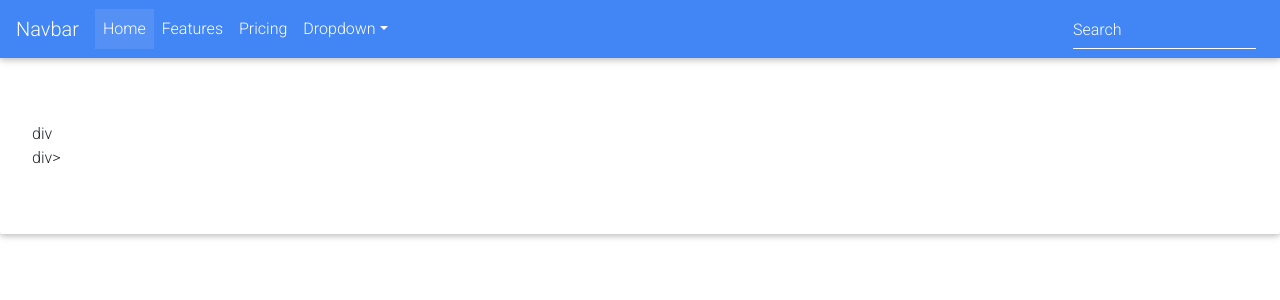
Repository: nicolasolo/bitesizecoding.space
Page: index.html
An editor plug-in stored every save of this project. The page is shown before and after the next save, followed by the edit.
The browser window is 1280 px wide. The pictures show the whole page.
Some web libraries are served in a nearby version.

Above is the page before, as saved 2020-04-14 12:51:07.

After the next save:
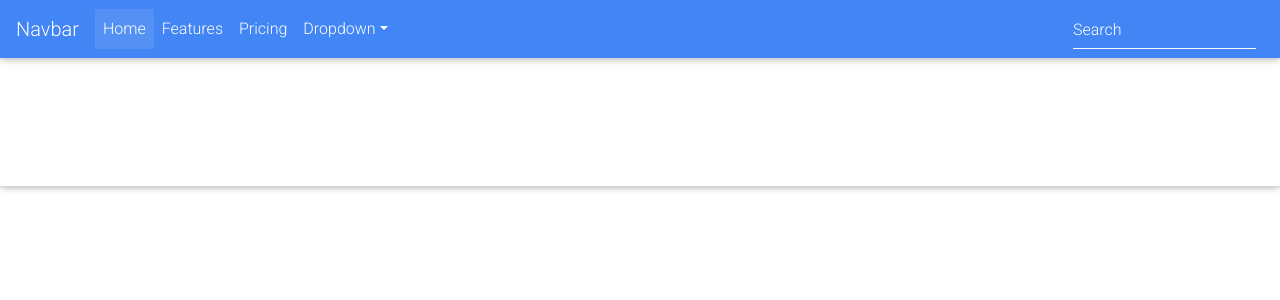
Saved 8 s later.
--- a/index.html
+++ b/index.html
@@ -98,8 +98,8 @@
 <!-- Jumbotron -->
 <!--codul va fi scris aici-->
 <div class="jumbotron"
-<!--Jumbotron -->div
-<div></div>div>
+<!--Jumbotron -->
+
 <!-- Footer-->
 <!--navigation -> Footer-->
 
